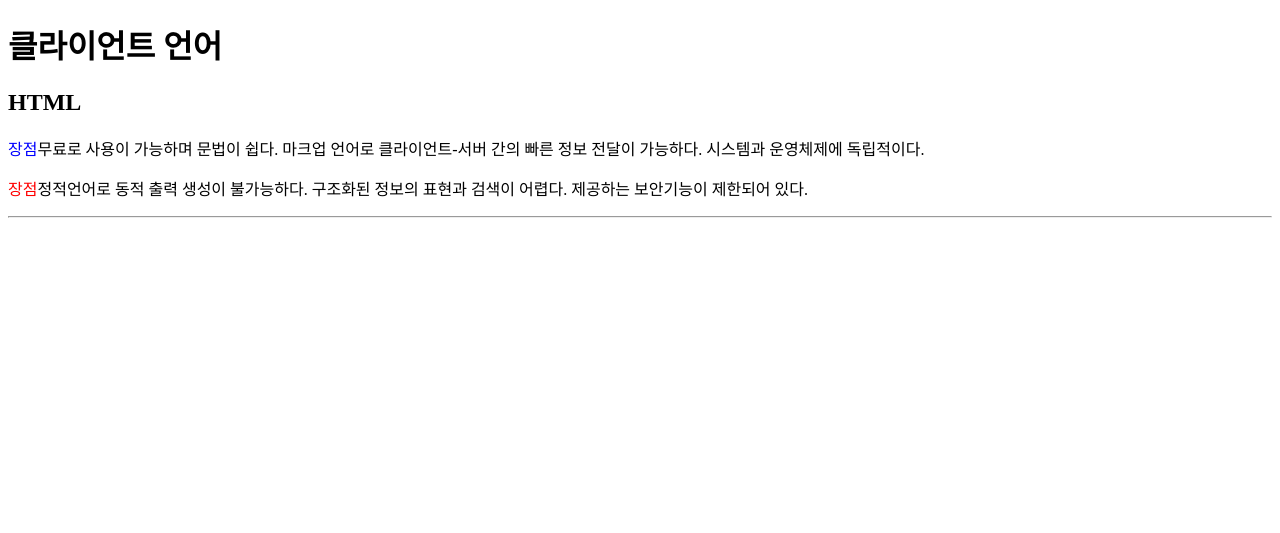
Repository: sujin9335/Front-end
Page: ClientTest/src/main/webapp/html/문제/4.html
An editor plug-in stored every save of this project. The page is shown before and after the next save, followed by the edit.
The browser window is 1280 px wide. The pictures show the whole page.

Above is the page before, as saved 2023-09-20 03:24:46.

### ClientTest/src/main/webapp/html/문제/4.html
<!DOCTYPE html>
<html>
<head>
<meta charset="UTF-8">
<title>Insert title here</title>
</head>
<body>

<h1>클라이언트 언어</h1>
<h2>HTML</h2>
<p><font color="blue">장점</font>무료로 사용이 가능하며 문법이 쉽다. 마크업 언어로 클라이언트-서버 간의 빠른 정보 전달이 가능하다. 시스템과 운영체제에 독립적이다.</p>
<p><font color="red">장점</font>정적언어로 동적 출력 생성이 불가능하다. 구조화된 정보의 표현과 검색이 어렵다. 제공하는 보안기능이 제한되어 있다.</p>
<hr>


</body>
</html>

After the next save:
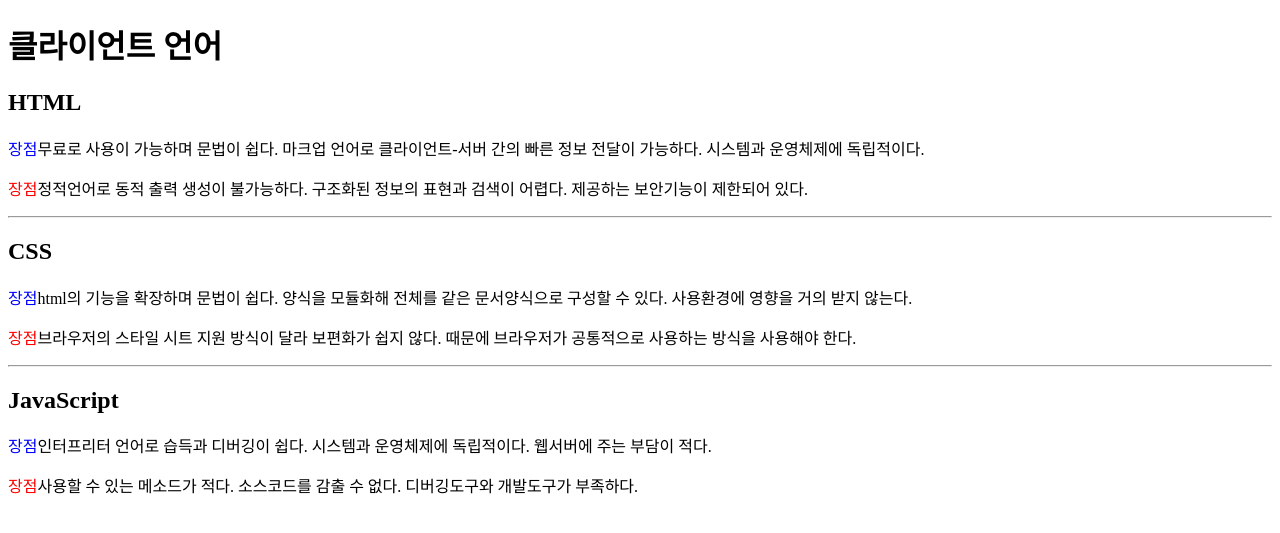
Saved 2 min 28 s later.
--- a/ClientTest/src/main/webapp/html/문제/4.html
+++ b/ClientTest/src/main/webapp/html/문제/4.html
@@ -11,6 +11,13 @@
 <p><font color="blue">장점</font>무료로 사용이 가능하며 문법이 쉽다. 마크업 언어로 클라이언트-서버 간의 빠른 정보 전달이 가능하다. 시스템과 운영체제에 독립적이다.</p>
 <p><font color="red">장점</font>정적언어로 동적 출력 생성이 불가능하다. 구조화된 정보의 표현과 검색이 어렵다. 제공하는 보안기능이 제한되어 있다.</p>
 <hr>
+<h2>CSS</h2>
+<p><font color="blue">장점</font>html의 기능을 확장하며 문법이 쉽다. 양식을 모듈화해 전체를 같은 문서양식으로 구성할 수 있다. 사용환경에 영향을 거의 받지 않는다.</p>
+<p><font color="red">장점</font>브라우저의 스타일 시트 지원 방식이 달라 보편화가 쉽지 않다. 때문에 브라우저가 공통적으로 사용하는 방식을 사용해야 한다.</p>
+<hr>
+<h2>JavaScript</h2>
+<p><font color="blue">장점</font>인터프리터 언어로 습득과 디버깅이 쉽다. 시스템과 운영체제에 독립적이다. 웹서버에 주는 부담이 적다.</p>
+<p><font color="red">장점</font>사용할 수 있는 메소드가 적다. 소스코드를 감출 수 없다. 디버깅도구와 개발도구가 부족하다.</p>
 
 
 </body>
